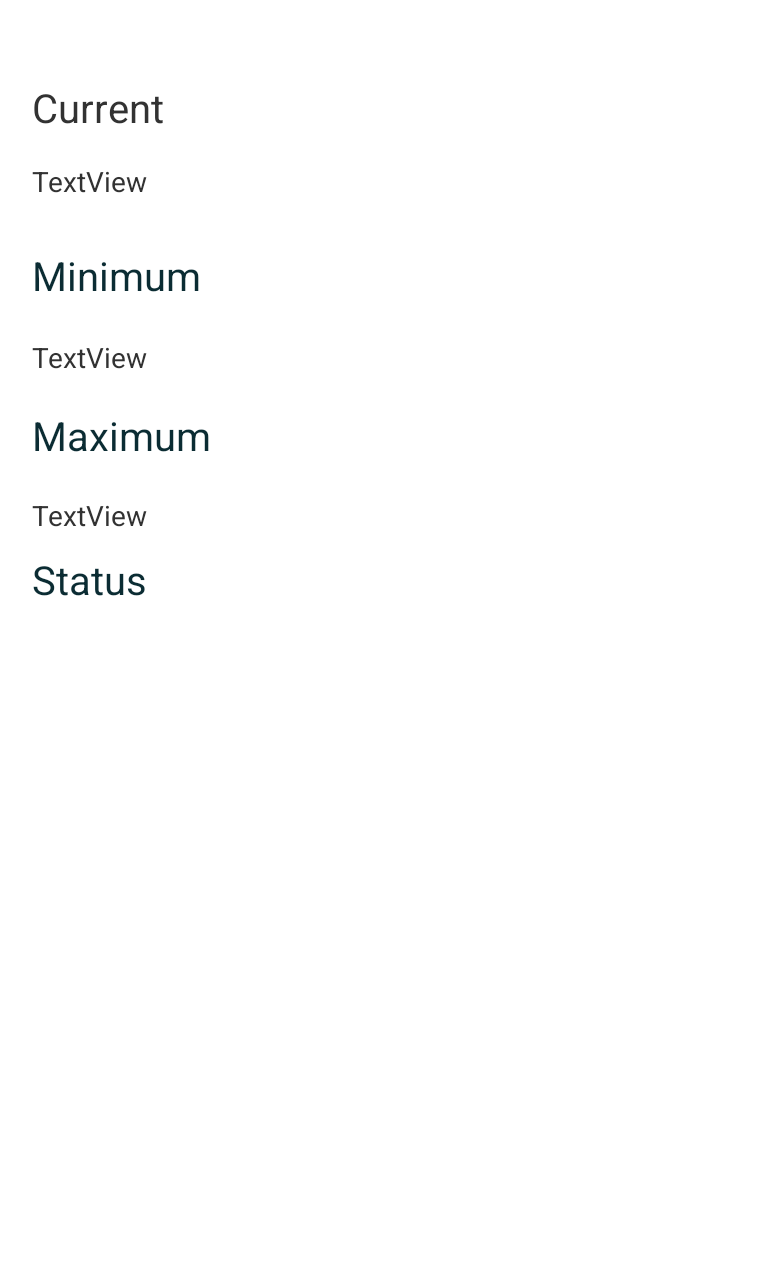
Repository: CTIS-SP-Team5/greenAgent
Layout: Android/GreenAgent/GreenAgent/res/layout/activity_sensor.xml
These files come from the project's save history. The layout is drawn as it stood at one moment and after the next save; the edit follows.
It is drawn on a 768 x 1280 px phone screen (xhdpi) without system bars, with theme AppTheme; the app's code is not run.

Above is the layout before, as saved 2014-05-05 14:13:59.

After the next save:
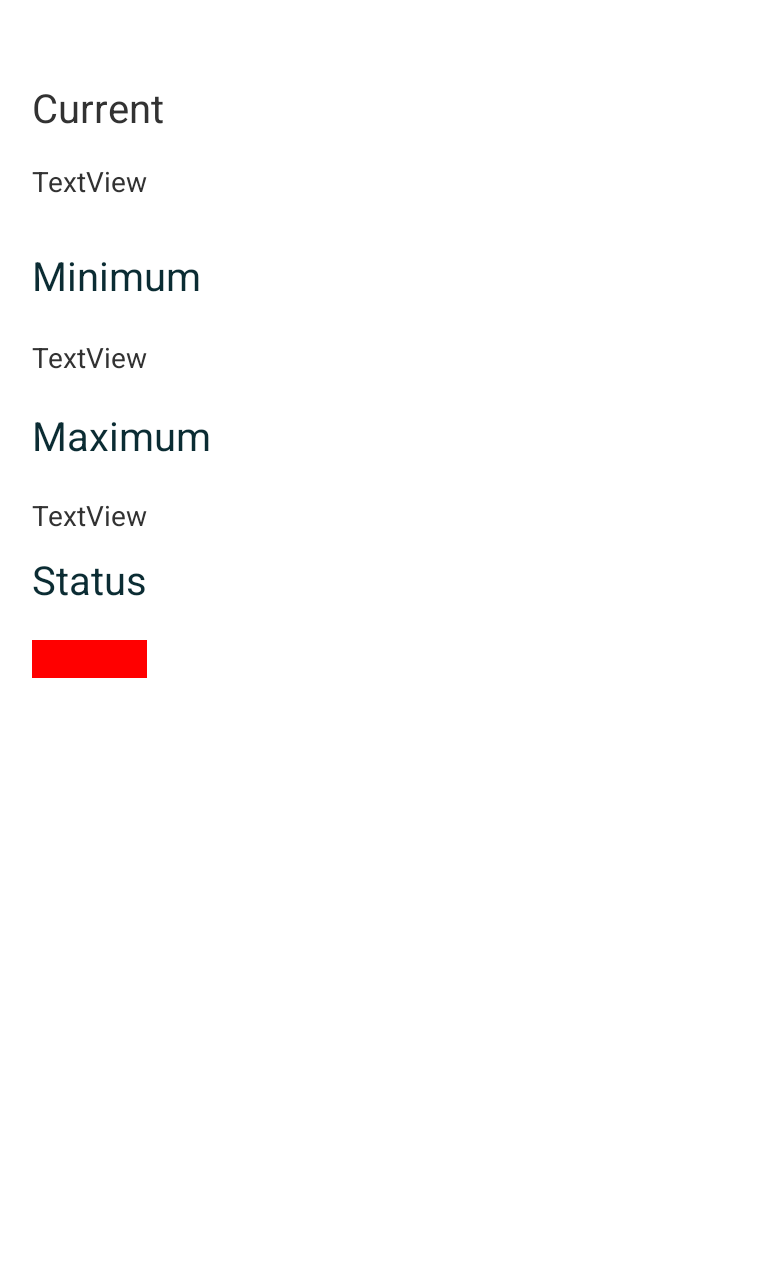
Saved 40 s later.
--- a/Android/GreenAgent/GreenAgent/res/layout/activity_sensor.xml
+++ b/Android/GreenAgent/GreenAgent/res/layout/activity_sensor.xml
@@ -78,14 +78,14 @@
           android:textSize="20dp" />
 
       <TextView
-
           android:id="@+id/textView8"
           android:layout_width="wrap_content"
           android:layout_height="wrap_content"
+          android:layout_alignLeft="@+id/textView5"
           android:layout_alignRight="@+id/textView7"
           android:layout_below="@+id/textView7"
           android:layout_marginTop="17dp"
-    	  android:background="#FF0000"
-          android:editable="false"/>
+          android:background="#FF0000"
+          android:editable="false" />
 
 </RelativeLayout>

After the save that followed:
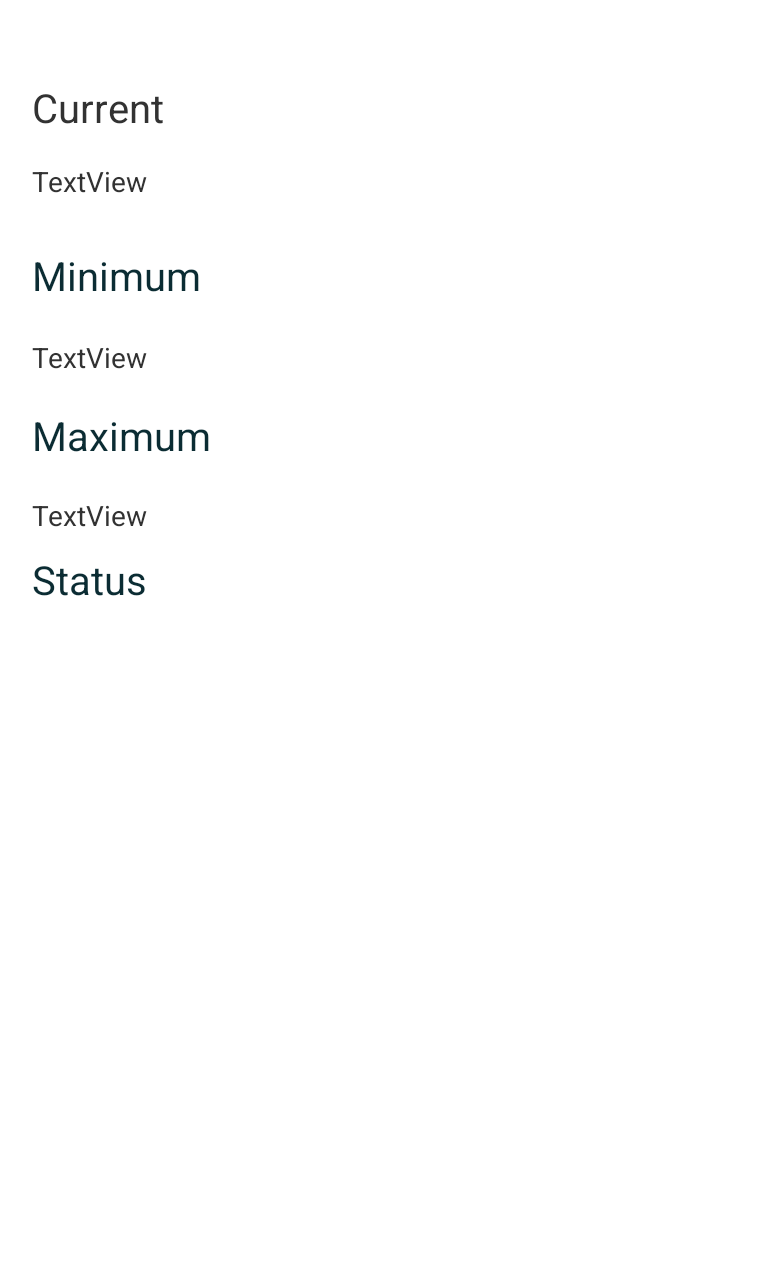
Saved 4 min 22 s later.
--- a/Android/GreenAgent/GreenAgent/res/layout/activity_sensor.xml
+++ b/Android/GreenAgent/GreenAgent/res/layout/activity_sensor.xml
@@ -85,7 +85,7 @@
           android:layout_alignRight="@+id/textView7"
           android:layout_below="@+id/textView7"
           android:layout_marginTop="17dp"
-          android:background="#FF0000"
+
           android:editable="false" />
 
 </RelativeLayout>
